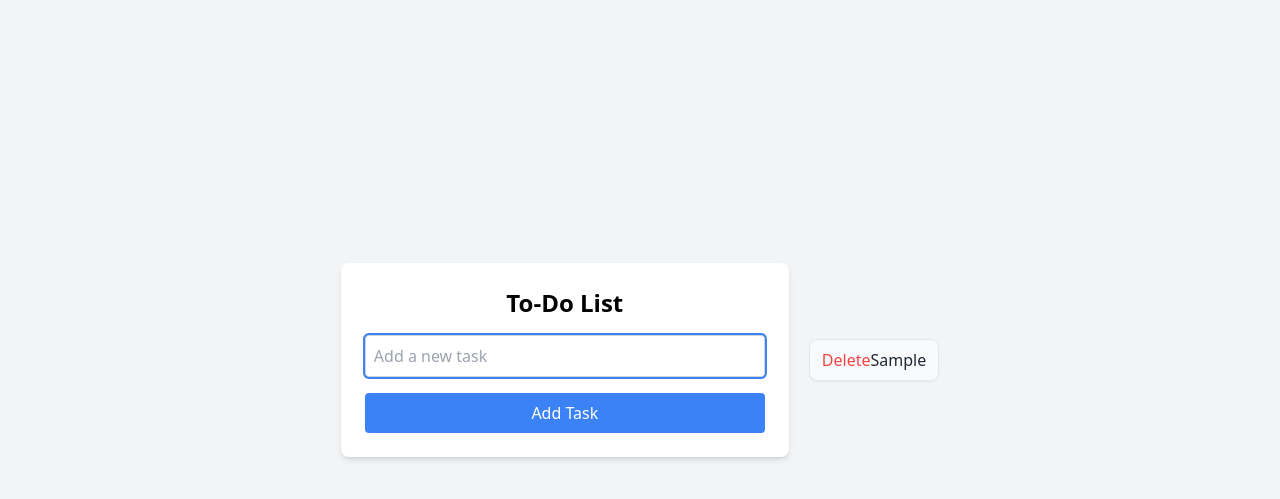
Repository: Meenakshi-commits/Day2_DOM_ToDo
Page: index.html
An editor plug-in stored every save of this project. The page is shown before and after the next save, followed by the edit.
The browser window is 1280 px wide. The pictures show the whole page.
Empty fields were first filled with sample values (such as "Sample", 5 or name@example.com).
After loading, the first visible `#add-todo` was clicked once.
Some web libraries are served in a nearby version.

Above is the page before, as saved 2025-10-08 13:10:38.

### index.html
<!DOCTYPE html>
<html lang="en">
<head>
    <meta charset="UTF-8">
    <meta name="viewport" content="width=device-width, initial-scale=1.0">
    <title>To-Do-List-App</title>
    <script src="https://cdn.tailwindcss.com"></script>
    </head>
    <body class="bg-gray-100 flex items-center justify-center min-h-screen">
        <div class="bg-white shadow-md rounded-lg p-6 w-full max-w-md">
            <h1 class="text-2xl font-bold mb-4 text-center">To-Do List</h1>
            <input type="text" id="todo-input" placeholder="Add a new task" class="w-full p-2 border border-gray-300 rounded mb-4 focus:outline-none focus:ring-2 focus:ring-blue-500">
            <button id="add-todo" class="w-full bg-blue-500 text-white p-2 rounded hover:bg-blue-600 focus:outline-none focus:ring-2 focus:ring-blue-500">Add Task</button>
            </div>
            <ul id="todo-list" class="list-disc pl-5"></ul>
            <script src="script.js"></script>
        </body>
    </html>

### script.js
const taskInput = document.getElementById('todo-input');
const taskList = document.getElementById('todo-list');
const addTaskButton = document.getElementById('add-todo');

addTaskButton.addEventListener("click",()=> {
    const taskText = taskInput.value.trim();
    if(taskText === "") return;

    const li = document.createElement("li");
    li.className = "flex justify-between items-center bg-gray-50 border border-gray-200 px-3 py-2 rounded-lg shadow-sm hover:bg-gray-100 transition";

    const deleteButton = document.createElement("button");
    deleteButton.textContent = "Delete";
    deleteButton.className = "text-red-500 hover:text-red-700";
    deleteButton.addEventListener("click", () => {
        taskList.removeChild(li);});
    li.appendChild(deleteButton);
    taskList.appendChild(li);

    const taskSpan = document.createElement("span");
    taskSpan.textContent = taskText;
    taskSpan.className = "text-gray-800";
    li.appendChild(taskSpan);
    taskInput.value = ""; // Clear input field after adding task
    taskInput.focus(); // Refocus input field for convenience

   });

After the next save:
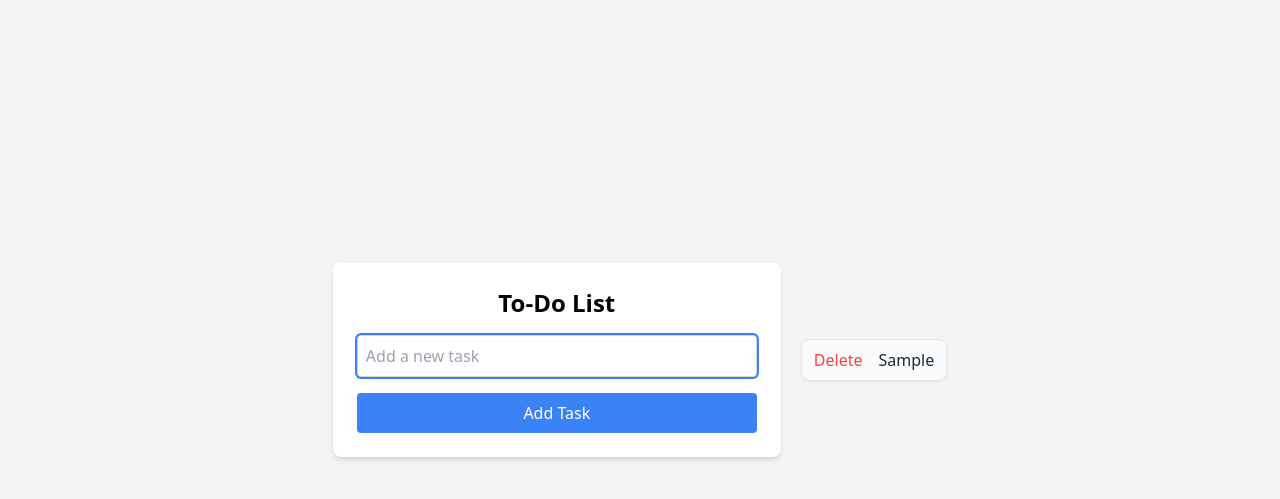
Saved 2 min 5 s later.
--- a/script.js
+++ b/script.js
@@ -11,7 +11,8 @@ addTaskButton.addEventListener("click",()=> {
 
     const deleteButton = document.createElement("button");
     deleteButton.textContent = "Delete";
-    deleteButton.className = "text-red-500 hover:text-red-700";
+    // add a right margin so there's space between the button and the task text
+    deleteButton.className = "text-red-500 hover:text-red-700 mr-4";
     deleteButton.addEventListener("click", () => {
         taskList.removeChild(li);});
     li.appendChild(deleteButton);
